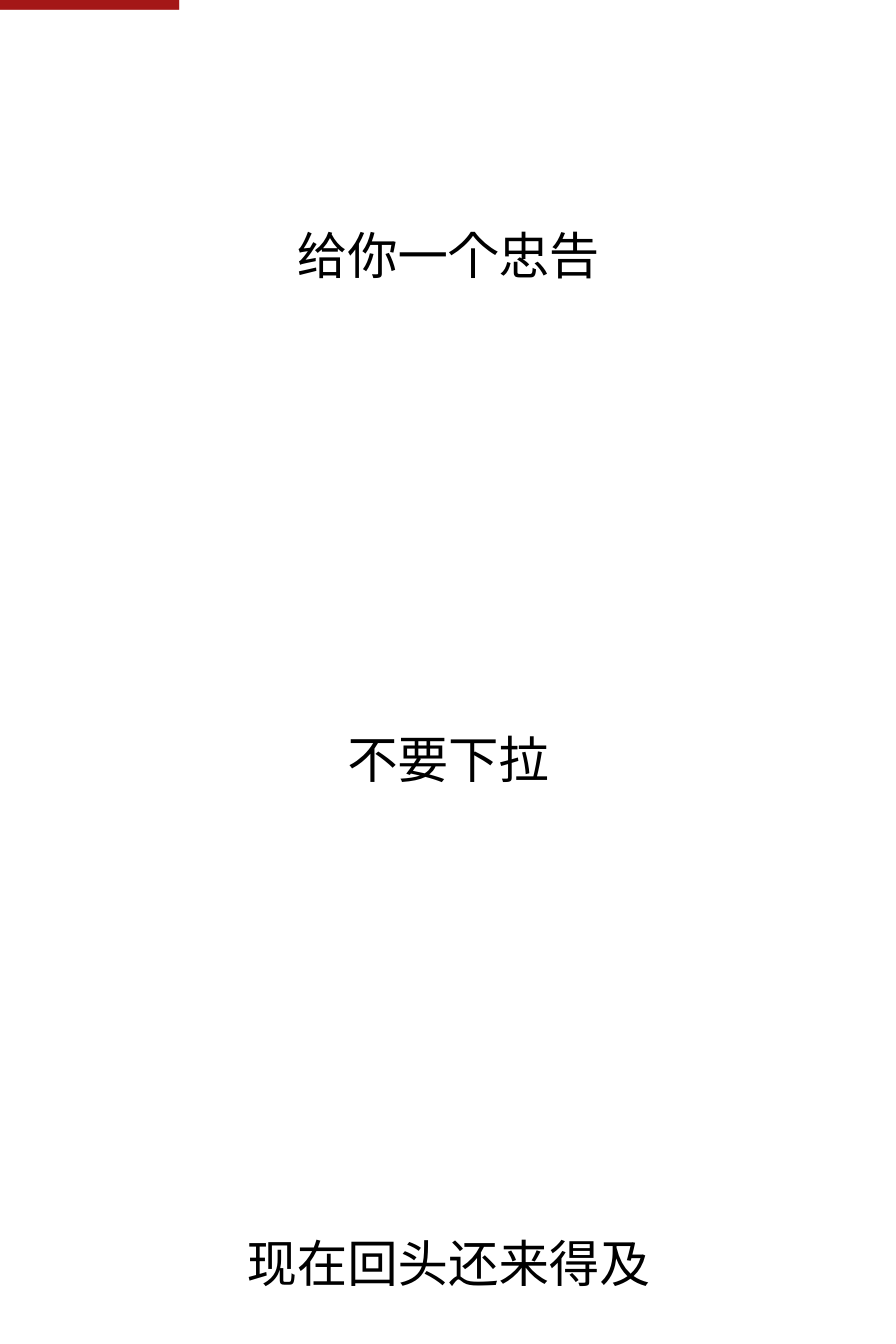
Repository: PUYIXIU/CSSMagic
Page: Animation/ScrollDrivenAnimation/index.html
These files come from the project's save history. The page is drawn as it stood at one moment and after the next save; the edit follows.
The browser window is 1280 px wide. The pictures show the part of the page from y = 0 to 1920 px (the page is 12240 px tall), at 70% of full size.
Some web fonts or font styles are not loaded; a fallback is used.

Above is the page before, as saved 2024-09-03 10:43:09.

### Animation/ScrollDrivenAnimation/index.html
<!DOCTYPE html>
<html lang="en">
<head>
    <meta charset="UTF-8">
    <meta name="viewport" content="width=device-width, initial-scale=1.0">
    <title>Document</title>
    <link rel="stylesheet" href="../../assets/styles/reset.css">
    <link rel="stylesheet" href="../../assets/styles/font.css">
    <style>
        body{
            position:relative;
        }
        .progress-bar{
            height:2vmin;
            width:20%;
            background-color: rgb(164, 23, 23);
            position:fixed;
            top:0;
            left:0;
        }
        .kanban{
            height:100vh;
            width:100%;
            display: grid;
            place-items: center;
            font-size:10vmin;
            font-family:Xiang Cui;
        }
    </style>
</head>
<body>
    <div class="progress-bar"></div>
    <div class="kanban">给你一个忠告</div>
    <div class="kanban">不要下拉</div>
    <div class="kanban">现在回头还来得及</div>
    <div class="kanban">不要下拉</div>
    <div class="kanban">你会为此付出代价的</div>
    <div class="kanban">不要下拉</div>
    <div class="kanban">快回去</div>
    <div class="kanban">快回去快回去快回去</div>
    <div class="kanban">快回去快回去快回去<br/>快回去快回去快回去</div>
    <div class="kanban">快回去快回去快回去<br/>快回去快回去快回去<br/>快回去快回去快回去<br/>快回去快回去快回去</div>
    <div class="kanban">。。。</div>
    <div class="kanban">。。。。。。</div>
    <div class="kanban">为什么不听劝呢</div>
    <div class="kanban">已经迟了</div>
    <div class="kanban">现在</div>
    <div class="kanban">我只能告诉你</div>
    <div class="kanban">千万别回头</div>
</body>
</html>

### assets/styles/reset.css
*{
    padding:0;
    margin:0;
}
a{
    text-decoration: none;
}

### assets/styles/font.css
@font-face{
    font-family: 'Xiang Cui';
    font-style: light;
    font-display: swap;
    src:url(../fonts/香萃打字机体\ W15.ttf);
}
@font-face{
    font-family: 'Xiang Cui';
    font-style: normal;
    font-display: swap;
    src:url(../fonts/香萃打字机体\ W35.ttf);
}
@font-face{
    font-family: 'Xiang Cui';
    font-style: bold;
    font-display: swap;
    src:url(../fonts/香萃打字机体\ W40.ttf);
}

After the next save:
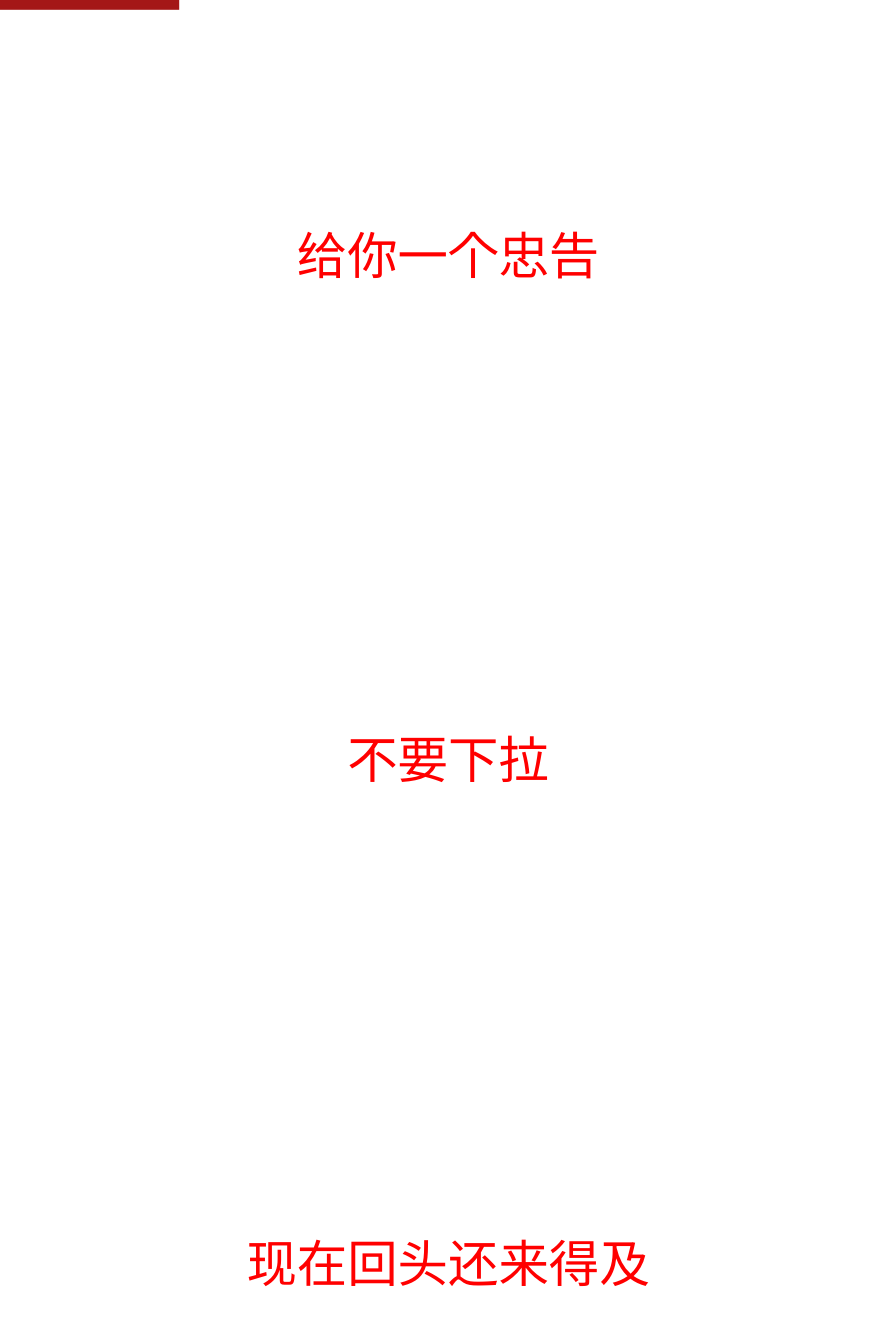
Saved 20 s later.
--- a/Animation/ScrollDrivenAnimation/index.html
+++ b/Animation/ScrollDrivenAnimation/index.html
@@ -25,6 +25,7 @@
             place-items: center;
             font-size:10vmin;
             font-family:Xiang Cui;
+            color:red;
         }
     </style>
 </head>
